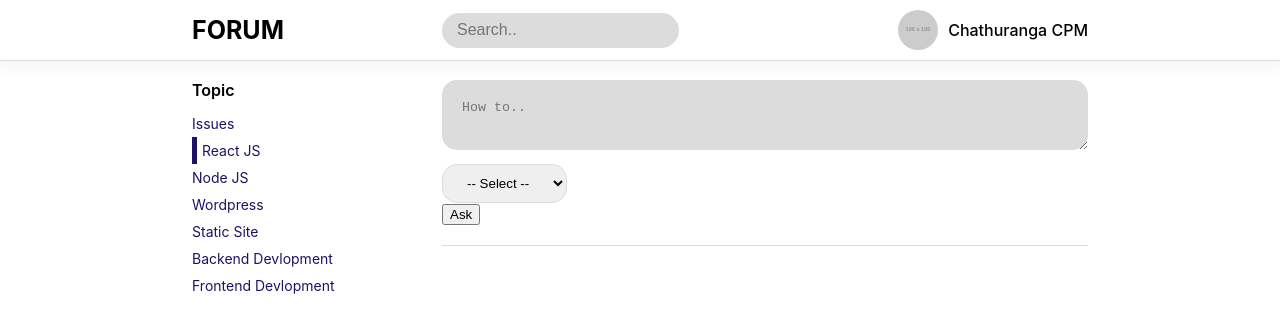
Repository: ChathurangaCPM/developer-forum
Page: / (app in client/)
An editor plug-in stored every save of this project. The page is shown before and after the next save, followed by the edit.
The browser window is 1280 px wide. The pictures show the whole page.
The project was rebuilt for these pictures with package versions that can differ from the ones it lists, and the page was loaded fresh each time.

Above is the page before, as saved 2022-05-09 21:19:01.

### client/public/index.html
<!DOCTYPE html>
<html lang="en">
  <head>
    <meta charset="utf-8" />
    <link rel="icon" href="%PUBLIC_URL%/favicon.ico" />
    <meta name="viewport" content="width=device-width, initial-scale=1" />
    <meta name="theme-color" content="#000000" />
    <meta
      name="description"
      content="Web site created using create-react-app"
    />
    <link rel="apple-touch-icon" href="%PUBLIC_URL%/logo192.png" />
    <link rel="manifest" href="%PUBLIC_URL%/manifest.json" />

    <title>React App</title>
  </head>
  <body>
    <noscript>You need to enable JavaScript to run this app.</noscript>
    <div id="root"></div>

  </body>
</html>

### client/src/App.js
import MainHeader from "./components/MainHeader/MainHeader";
import SideBar from "./components/SideBar/SideBar";
import './App.min.css';
import AddQuestion from "./components/AddQuestion/AddQuestion";

function App() {
	return (
		<div className="main_wrapper">
			<MainHeader/>
			<div className="wrap_inner_data">
				<div className="side_bar">
					<SideBar/>
				</div>
				<div className="main_content_area">
					<AddQuestion/>
				</div>
			</div>
		</div>
	);
}

export default App;

### client/src/components/MainHeader/MainHeader.js
import React from 'react';
import { Link } from 'react-router-dom';
import '../../scss/componets/MainHeader/MainHeader.min.css';

function MainHeader() {
	return (
		<div className="main_header">
			<div className="wrap_middle">

				<div className="main_logo">
					<span>FORUM</span>
				</div>


				<div className="search_form">
					<form method="">
						<input type="search" placeholder="Search.."/>
					</form>
				</div>

				<div className="user_pro">
					<img src="//dummyimage.com/100x100/000/fff"/>
					<span>Chathuranga CPM</span>
				</div>
			</div>
		</div>
	);
}

export default MainHeader;

### client/src/components/SideBar/SideBar.js
import '../../scss/componets/SideBar/SideBar.min.css';

function SideBar() {
	return (
		<div className="main_sidebar_wrapper">
			<div className="menu_area">
				<span className="title">Topic</span>
                <ul>
                    <li>Issues</li>
                    <li className="active">React JS</li>
                    <li>Node JS</li>
                    <li>Wordpress</li>
                    <li>Static Site</li>
                    <li>Backend Devlopment</li>
                    <li>Frontend Devlopment</li>
                </ul>
            </div>
		</div>
	);
}

export default SideBar;

### client/src/App.min.css
:root{--primary-color: rgb(30, 17, 103);--secondary-color: #ddd;--border-color: #dcdcdc}.main_wrapper{padding-top:80px}.main_wrapper .wrap_inner_data{display:-webkit-box;display:-ms-flexbox;display:flex;-ms-flex-wrap:wrap;flex-wrap:wrap;max-width:70%;margin:0 auto}.main_wrapper .wrap_inner_data .side_bar{width:250px}.main_wrapper .wrap_inner_data .main_content_area{width:calc(100% - 250px)}img{width:100%}

### client/src/components/AddQuestion/AddQuestion.js
import '../../scss/componets/AddQuestion/AddQuestion.min.css';

function AddQuestion() {
	return (
		<div className="addquestion_wrapper">
			<form >
                <textarea placeholder="How to.."></textarea>
                <div className="selrct_cat">
                    <select>
                        <option>-- Select --</option>
                        <option value="reactjs">React Js</option>
                        <option value="reactjs">Node Js</option>
                    </select>
                </div>
                <button type="submit">Ask</button>
            </form>
		</div>
	);
}

export default AddQuestion;

### client/src/scss/componets/MainHeader/MainHeader.min.css
.main_header{padding:10px 0;border-bottom:1px solid var(--border-color);-webkit-box-shadow:0px 4px 20px 0px rgba(0,0,0,0.06);box-shadow:0px 4px 20px 0px rgba(0,0,0,0.06);position:fixed;top:0;width:100%;z-index:10px;background:#fff}.main_header .wrap_middle{max-width:70%;margin:0 auto;display:-webkit-box;display:-ms-flexbox;display:flex;-webkit-box-align:center;-ms-flex-align:center;align-items:center}.main_header .wrap_middle .main_logo{width:250px}.main_header .wrap_middle .main_logo span{font-size:25px;font-weight:bold;text-transform:uppercase}.main_header .wrap_middle .search_form{width:calc(100% - 500px)}.main_header .wrap_middle .search_form input{border:none;font-size:16px;line-height:16px;height:35px;border-radius:20px;outline:none;background:var(--border-color);padding:0 15px}.main_header .wrap_middle .user_pro{width:250px;display:-webkit-box;display:-ms-flexbox;display:flex;-webkit-box-align:center;-ms-flex-align:center;align-items:center;-webkit-box-pack:end;-ms-flex-pack:end;justify-content:flex-end}.main_header .wrap_middle .user_pro img{width:40px;height:40px;border-radius:100%;overflow:hidden}.main_header .wrap_middle .user_pro span{padding-left:10px;font-weight:500}

### client/src/scss/componets/SideBar/SideBar.min.css
.main_sidebar_wrapper .menu_area span.title{font-weight:600;display:block;margin-bottom:10px}.main_sidebar_wrapper .menu_area ul{padding:0;list-style:none;margin:0}.main_sidebar_wrapper .menu_area ul li{color:var(--primary-color);padding:5px 0;font-size:14px;-webkit-transition:all 0.3s ease-in-out;transition:all 0.3s ease-in-out;border-left-width:0}.main_sidebar_wrapper .menu_area ul li:hover,.main_sidebar_wrapper .menu_area ul li.active{border-left:5px solid var(--primary-color);padding-left:5px;-webkit-transition:all 0.3s ease-in-out;transition:all 0.3s ease-in-out;cursor:pointer}

### client/src/scss/componets/AddQuestion/AddQuestion.min.css
.addquestion_wrapper{margin-bottom:20px;padding-bottom:20px;border-bottom:1px solid var(--border-color)}.addquestion_wrapper form{width:100%}.addquestion_wrapper form .error_msg{font-size:12px;color:#ff0000}.addquestion_wrapper form .wrap_input{margin-bottom:20px}.addquestion_wrapper form input{height:40px;font-size:16px;font-weight:bold;padding:0 20px;border:none;background:var(--border-color);border-radius:15px;width:calc(100% - 40px)}.addquestion_wrapper form textarea{width:calc(100% - 40px);border:none;background:var(--border-color);padding:20px;outline:none;border-radius:15px;max-width:calc(100% - 40px);min-width:calc(100% - 40px)}.addquestion_wrapper form .selrct_cat{display:-webkit-box;display:-ms-flexbox;display:flex;-webkit-box-align:center;-ms-flex-align:center;align-items:center;-webkit-box-pack:justify;-ms-flex-pack:justify;justify-content:space-between;padding-top:10px}.addquestion_wrapper form .selrct_cat select{border:1px solid var(--border-color);padding:10px 20px;border-radius:15px}.addquestion_wrapper form .selrct_cat button{width:150px;background:var(--primary-color);border:none;padding:15px;color:#fff;border-radius:10px}

Loaded but not shown: client/src/index.js (common file); client/src/index.css (common file); client/src/reportWebVitals.js (common file)

After the next save:
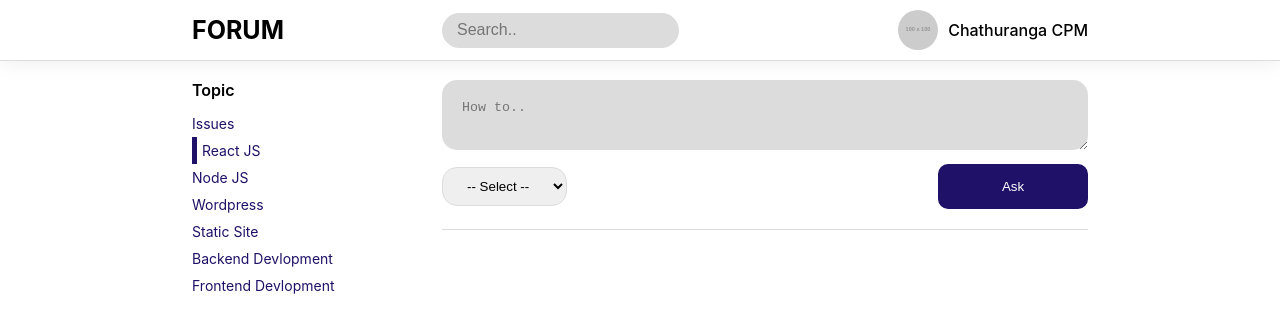
Saved 15 s later.
--- a/client/src/components/AddQuestion/AddQuestion.js
+++ b/client/src/components/AddQuestion/AddQuestion.js
@@ -11,8 +11,8 @@ function AddQuestion() {
                         <option value="reactjs">React Js</option>
                         <option value="reactjs">Node Js</option>
                     </select>
+                    <button type="submit">Ask</button>
                 </div>
-                <button type="submit">Ask</button>
             </form>
 		</div>
 	);
